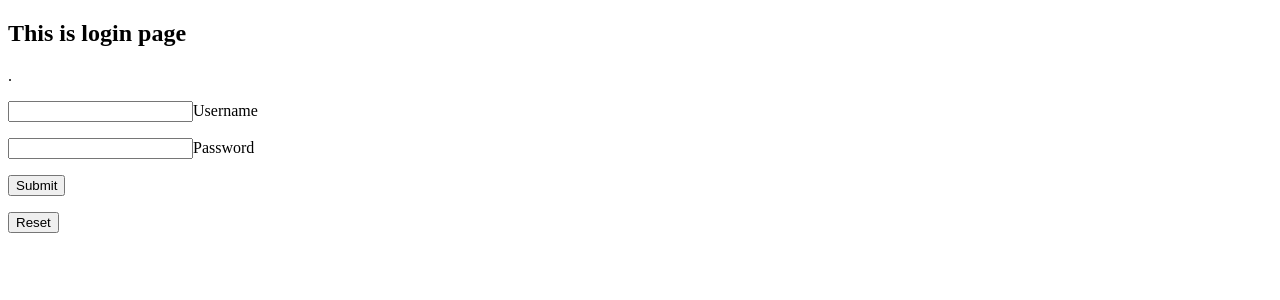
Repository: GuptaSanjay/Spring-KishoreSir-
Page: simple-webapp/WebContent/login.html
The author's editor kept a copy of each file at every save. The page is drawn from the files as they stood at one save, then again after the next save.
The browser window is 1280 px wide. The pictures show the whole page.

Above is the page before, as saved 2018-03-06 09:44:20.

After the next save:
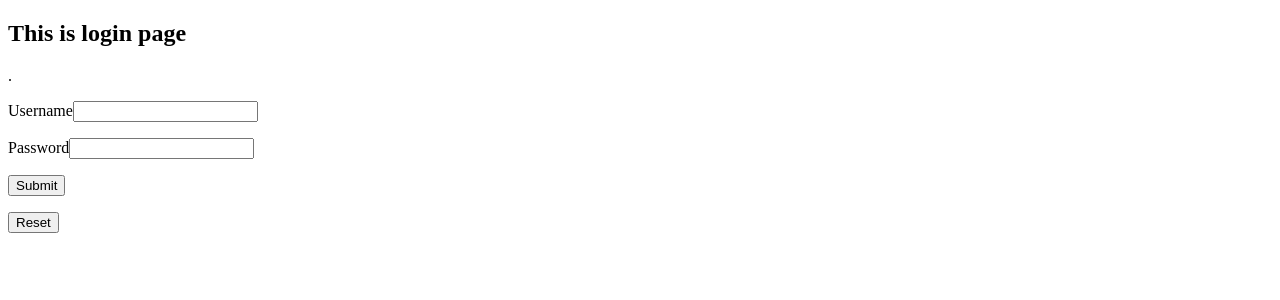
Saved 56 s later.
--- a/simple-webapp/WebContent/login.html
+++ b/simple-webapp/WebContent/login.html
@@ -7,8 +7,8 @@
 <body>
 	<h2>This is login page</h2>.
 	<form action="" method="get">
-	<p><input type="text" name ="un">Username</p>
-	<p><input type="password" name ="pw">Password</p>
+	<p>Username<input type="text" name ="un"></p>
+	<p>Password<input type="password" name ="pw"></p>
 	<p><input type="button" value="Submit"></p>
 	<p><input type="reset" name ="Reset"></p>
 	</form>
